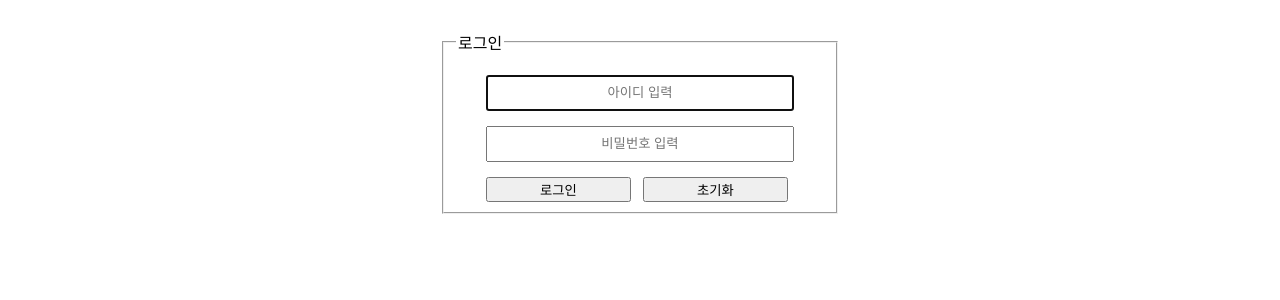
Repository: HyoJun-A/jsp
Page: http://localhost/practice01/login.jsp
These files come from the project's save history. The page is drawn as it stood at one moment and after the next save; the edit follows.
The browser window is 1280 px wide. The pictures show the whole page.
The page is served by Tomcat 9.

Above is the page before, as saved 2022-10-14 06:02:18.

### practice01/WebContent/login.jsp
<%@ page language="java" contentType="text/html; charset=UTF-8"
    pageEncoding="UTF-8"%>
<!DOCTYPE html>
<html>
<head>
<meta charset="UTF-8">
<title>로그인</title>
<style>
#login_form{ width: 400px; height: 300px; margin: 30px auto;}
.login_dis{ display: block;width: 300px; height: 30px; margin: 15px auto;  clear:both;  text-align: center;}
.login_btn{ display: inline-block; width: 145px;}
[type="submit"].login_btn { margin-left: 30px;}

</style>
</head>
<body>

	<form action="loginPro.jsp" method="post" name="login_form" id="login_form">
		<fieldset>
			<legend>로그인</legend>
			<input type="text" name="id" id="id" placeholder="아이디 입력" class="login_dis" autofocus>
			<input type="password" name="pw" id="pw" placeholder="비밀번호 입력" class="login_dis">
			<input type="submit" value="로그인" class="login_btn"> &nbsp;
			<input type="reset" value="초기화" class="login_btn">
		</fieldset>
	</form>
</body>
</html>

After the next save:
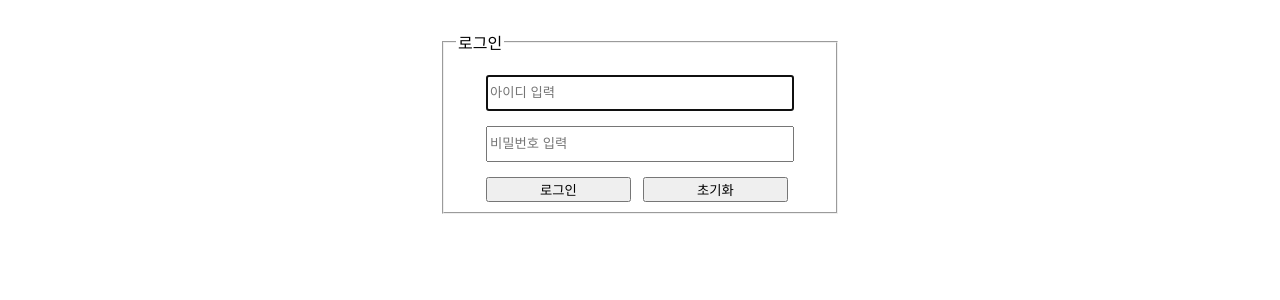
Saved 10 s later.
--- a/practice01/WebContent/login.jsp
+++ b/practice01/WebContent/login.jsp
@@ -7,7 +7,7 @@
 <title>로그인</title>
 <style>
 #login_form{ width: 400px; height: 300px; margin: 30px auto;}
-.login_dis{ display: block;width: 300px; height: 30px; margin: 15px auto;  clear:both;  text-align: center;}
+.login_dis{ display: block;width: 300px; height: 30px; margin: 15px auto;  clear:both;  text-align: left;}
 .login_btn{ display: inline-block; width: 145px;}
 [type="submit"].login_btn { margin-left: 30px;}
 
